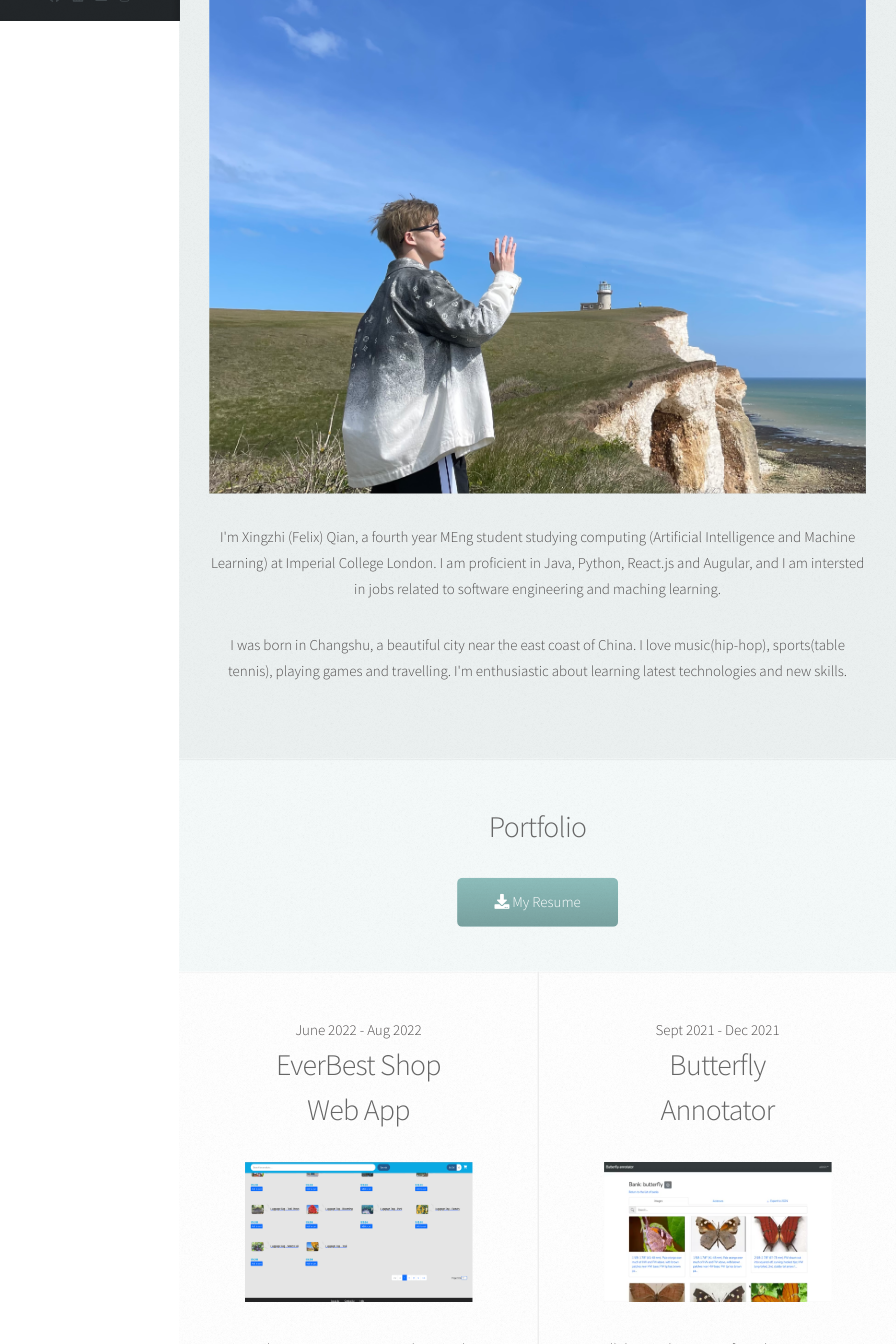
Repository: Felixqxz/Felixqxz.github.io
Page: index.html
The author's editor kept a copy of each file at every save. The page is drawn from the files as they stood at one save, then again after the next save.
The browser window is 1280 px wide. The pictures show the part of the page from y = 690 to 2610 px (the page is 5760 px tall), at 70% of full size.

Above is the page before, as saved 2022-08-07 19:57:04.

### index.html
<!DOCTYPE HTML>
<!--
	Prologue by HTML5 UP
	html5up.net | @ajlkn
	Free for personal and commercial use under the CCA 3.0 license (html5up.net/license)
-->
<html>
	<head>
		<title>Felix's Portfolio</title>
		<meta charset="utf-8" />
		<meta name="viewport" content="width=device-width, initial-scale=1, user-scalable=no" />
		<link rel="stylesheet" href="assets/css/main.css" />
	</head>
	<body class="is-preload">

		<!-- Header -->
			<div id="header">

				<div class="top">

					<!-- Logo -->
						<div id="logo">
							<span class="image avatar48"><img src="images/avatar.jpg" alt="" /></span>
							<h1 id="title">Xingzhi Qian</h1>
							<p>Imperial College London</p>
						</div>

					<!-- Nav -->
						<nav id="nav">
							<ul>
								<li><a href="#top" id="top-link"><span class="icon solid fa-home">Intro</span></a></li>
								<li><a href="#about" id="about-link"><span class="icon solid fa-user">About Me</span></a></li>
								<li><a href="#portfolio" id="portfolio-link"><span class="icon solid fa-th">Portfolio</span></a></li>
								<!-- <li><a href="#contact" id="contact-link"><span class="icon solid fa-envelope">Contact</span></a></li> -->
							</ul>
						</nav>

				</div>

				<div class="bottom">

					<!-- Social Icons -->
						<ul class="icons">
							<li><a href="https://github.com/Felixqxz" class="icon brands fa-github"><span class="label">Github</span></a></li>
							<li><a href="https://www.linkedin.com/in/felixqian" class="icon brands fa-linkedin"><span class="label">LinkedIn</span></a></li>
							<li><a href="mailto: felixqianxz@gmail.com" class="icon solid fa-envelope"><span class="label">Email</span></a></li>
							<li><a href="https://www.instagram.com/felix_qxz" class="icon brands fa-instagram"><span class="label">Instagram</span></a></li>
						</ul>

				</div>

			</div>

		<!-- Main -->
			<div id="main">

				<!-- Intro -->
					<section id="top" class="one dark cover">
						<div class="container">

							<header>
								<h2 class="alt"> <strong> Hi! I'm Xingzhi (Felix), </strong></h2>
								<h2><strong>a fourth year MEng Computing student at</strong></h2>
								<h2><strong>Imperial College London</strong></h2>
							</header>

							<footer>
								<a href="#about" class="button scrolly">Explore more</a>
							</footer>

						</div>
					</section>


					<!-- About Me -->
					<section id="about" class="three">
						<div class="container">

							<header>
								<h2>About Me</h2>
							</header>

							<a href="#" class="image featured"><img src="images/photo.jpeg" alt="" /></a>

							<p>I'm Xingzhi (Felix) Qian, a fourth year MEng student studying computing (Artificial Intelligence and Machine Learning)
								at Imperial College London. I am proficient in Java, Python, React.js and Augular, and I am intersted in jobs related to software engineering
							and maching learning. </p>
							<p>I was born in Changshu, a beautiful city near the east coast of China. I love music(hip-hop), sports(table tennis),
								 playing games and travelling.
								I'm enthusiastic about learning latest technologies and new skills.
							</p>

						</div>
					</section>

					<!-- Portfolio -->
					<section id="portfolio" class="two">
						<div class="container">

							<header>
								<h2>Portfolio</h2>
							</header>

							<a href="assets/CV.pdf" class="button" target="_blank"><i class="fa fa-download"></i>  My Resume</a>

						</div>
					</section>

					<section class="posts">
						<article>
							<header>
								<span class="date">June 2022 - Aug 2022</span>
								<h2>EverBest Shop<br />
								Web App</a></h2>
							</header>
							<img src="images/E-Commerce.jpg" width="325" height="200" alt="" /><br><br>
							<p>Built up an e-commerce website with Angular front-end with keywords filtering,
								complete checkout forms and ensuring web security using JWT, OAuth2. Implemented the credit card payments using Stripe API.
								Developed Spring Boot back-end using REST APIs and connectted with MySQL database.
							</p>
							<a href="https://github.com/Felixqxz/e-commerce" class="icon brands fa-github" style="font-size:36px"><span class="label">Github</span></a>
						</article>
						<article>
							<header>
								<span class="date">Sept 2021 - Dec 2021</span>
								<h2>Butterfly<br />
								Annotator</a></h2>
							</header>
							<img src="images/butterfly.jpg" width="325" height="200" alt="" /><br><br>
							<p>Collaborated in team of 6 online to create GUI for annotating terms in butterfly descriptions to regions in butterfly images.
							Implemented front-end using Vue.js with bootstrap, enabling user draw polygons on canvas to manually select regions.
							Used Flask and SQLite at back-end and designed the functionality that can automatically generate possible
							keywords and set different permissions (admin, viewer, editor).
							</p>
							<a href="https://github.com/Felixqxz/butterfly-annotator" class="icon brands fa-github" style="font-size:36px"><span class="label">Github</span></a>
						</article>
						<article>
							<header>
								<span class="date">June 2021 - July 2021</span>
								<h2>Personal<br />
								Blog</h2>
							</header>
							<img src="images/personal-blog.jpeg"  width="325" height="200" alt="" /><br><br>
							<p>Created and built up the personal blog that enables different users to add their own blogs with Markdown format.
								Implemented front-end using Vue with element-UI, and back-end using Spring boot with MySQL. Used JWT (JSON Web Tokens) to ensure
								security between front-end and back-end.
							</p><br><br>
							<a href="https://github.com/Felixqxz/blog" class="icon brands fa-github" style="font-size:36px"><span class="label">Github</span></a>
						</article>
						<article>
							<header>
								<span class="date">May 2021</span>
								<h2>Online Platform for<br />
									 Chinese Students at Imperial</h2>
							</header>
							<img src="images/ios.jpg" width="250" height="350" alt="" /><br><br>
							<p>Built up a mobile app that provides a platform for Chinese students at Imperial College to post problem that they would like to ask or share.
								Interviewed a few Chinese students in different years at Imperial and improved the software based on their feedback during the project iterations.
								Implemented using Swift for both front-end and back-end with Firebase as cloud-based NoSQL database.

							</p><br><br>
							<a href="https://github.com/Felixqxz/drp" class="icon brands fa-github" style="font-size:36px"><span class="label">Github</span></a>
						</article>
						<article>
							<header>
								<span class="date">Oct 2020 - Dec 2020</span>
								<h2>WACC<br />
								Compiler</h2>
							</header>
							<img src="images/wacc.png" width="325" height="200" alt="" /><br><br>
							<p>Worked in team of 4 online to build up Wacc compiler that generates assembly code using Java. Wacc is a simple language for educational purposes.
								Generated the language parser and constructed abstract syntax tree using ANTLR tool.
								Allowed for syntax and semantic checking of inputs and generate error messages according to both syntax and semantic error.


							</p><br><br>
							<a href="https://github.com/Felixqxz/Wacc" class="icon brands fa-github" style="font-size:36px"><span class="label">Github</span></a>
						</article>
						<article>
							<header>
								<span class="date">June 2018 - July 2018</span>
								<h2>Cataracts Classification<br /> Using SqueezeNet</h2>
							</header>
							<img src="images/cataracts.jpeg" width="325" height="200" alt="" /><br><br>
							<p>Used SqueezeNet, a deep neural network with few parameters, on cataracts classification that can help
								ophthalmologists diagnose different types of cataracts with images, achieving accuracy on test data at 96.1%.
								Generated and applied data augmentation to preprocess data for labeled datasets, and trained model with
								transfer learning using Keras and TensorFlow.
								Came up with the idea from volunteering in ophthalmology department and finding it took ophthalmologists
								time to diagnose different types of cataracts.


							</p>
							<a href="https://github.com/Felixqxz/cataracts-classification" class="icon brands fa-github" style="font-size:36px"><span class="label">Github</span></a>
						</article>
					</section>



				<!-- Contact -->
					<!-- <section id="contact" class="four">
						<div class="container">

							<header>
								<h2>Contact</h2>
							</header>

							<p>Elementum sem parturient nulla quam placerat viverra
							mauris non cum elit tempus ullamcorper dolor. Libero rutrum ut lacinia
							donec curae mus. Eleifend id porttitor ac ultricies lobortis sem nunc
							orci ridiculus faucibus a consectetur. Porttitor curae mauris urna mi dolor.</p>

							<form method="post" action="#">
								<div class="row">
									<div class="col-6 col-12-mobile"><input type="text" name="name" placeholder="Name" /></div>
									<div class="col-6 col-12-mobile"><input type="text" name="email" placeholder="Email" /></div>
									<div class="col-12">
										<textarea name="message" placeholder="Message"></textarea>
									</div>
									<div class="col-12">
										<input type="submit" value="Send Message" />
									</div>
								</div>
							</form>

						</div>
					</section> -->

			</div>

		<!-- Footer -->
			<div id="footer">

				<!-- Copyright -->
					<ul class="copyright">
						<li>&copy; Copyright © 2022 Xingzhi Qian All Rights Reserved.</li><br>
						<li>&copy; Created by Xingzhi Qian </li>
					</ul>

			</div>

		<!-- Scripts -->
			<script src="assets/js/jquery.min.js"></script>
			<script src="assets/js/jquery.scrolly.min.js"></script>
			<script src="assets/js/jquery.scrollex.min.js"></script>
			<script src="assets/js/browser.min.js"></script>
			<script src="assets/js/breakpoints.min.js"></script>
			<script src="assets/js/util.js"></script>
			<script src="assets/js/main.js"></script>

	</body>
</html>

Loaded but not shown: assets/js/jquery.min.js (library); assets/js/jquery.scrolly.min.js (common file); assets/js/jquery.scrollex.min.js (common file); assets/js/browser.min.js (common file); assets/js/breakpoints.min.js (common file); assets/css/fontawesome-all.min.css (library); assets/js/util.js (587 lines, source omitted); assets/js/main.js (123 lines, source omitted); assets/css/main.css (2800 lines, source omitted)

After the next save:
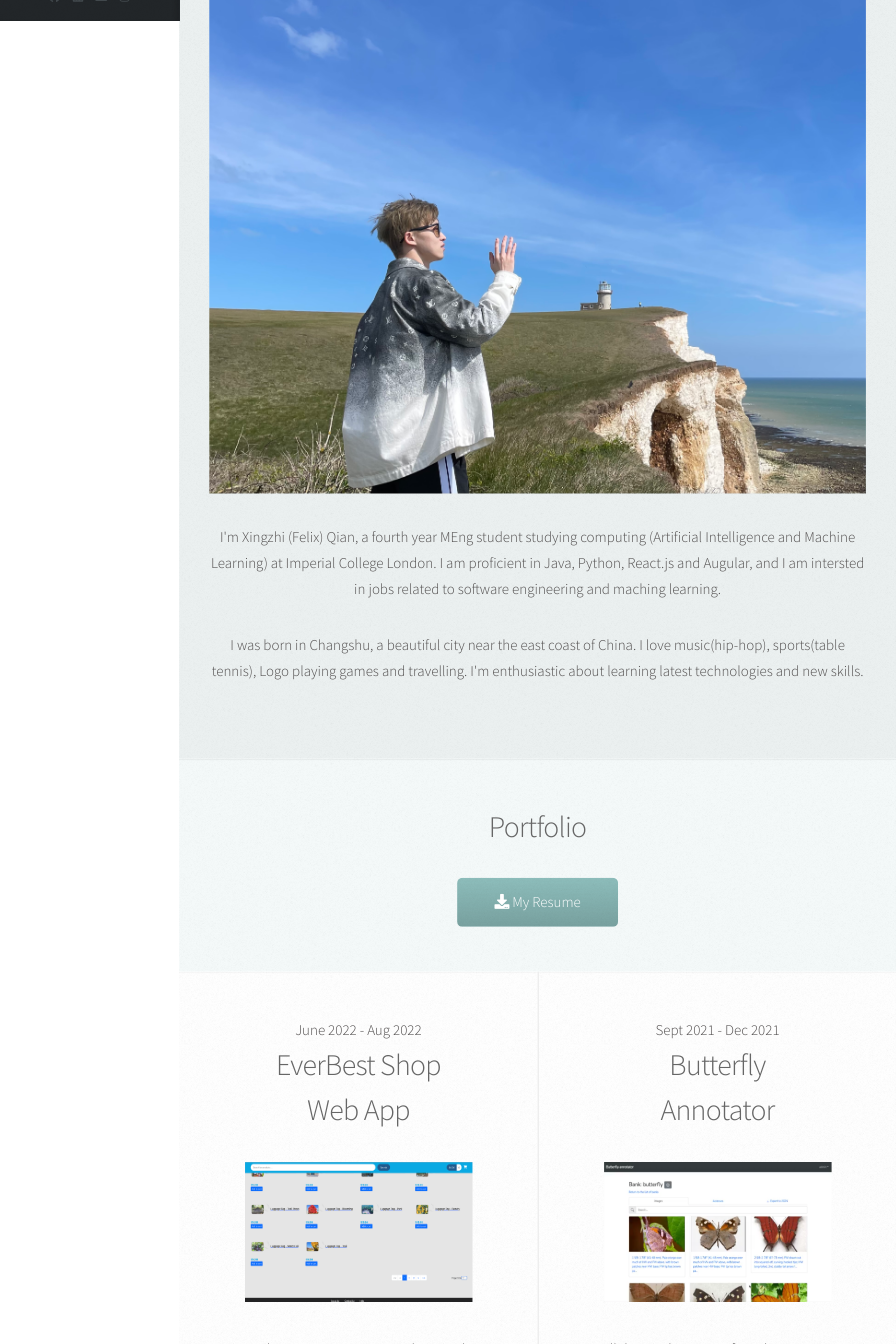
Saved 53 s later.
--- a/index.html
+++ b/index.html
@@ -85,7 +85,7 @@
 							<p>I'm Xingzhi (Felix) Qian, a fourth year MEng student studying computing (Artificial Intelligence and Machine Learning)
 								at Imperial College London. I am proficient in Java, Python, React.js and Augular, and I am intersted in jobs related to software engineering
 							and maching learning. </p>
-							<p>I was born in Changshu, a beautiful city near the east coast of China. I love music(hip-hop), sports(table tennis),
+							<p>I was born in Changshu, a beautiful city near the east coast of China. I love music(hip-hop), sports(table tennis), Logo
 								 playing games and travelling.
 								I'm enthusiastic about learning latest technologies and new skills.
 							</p>
